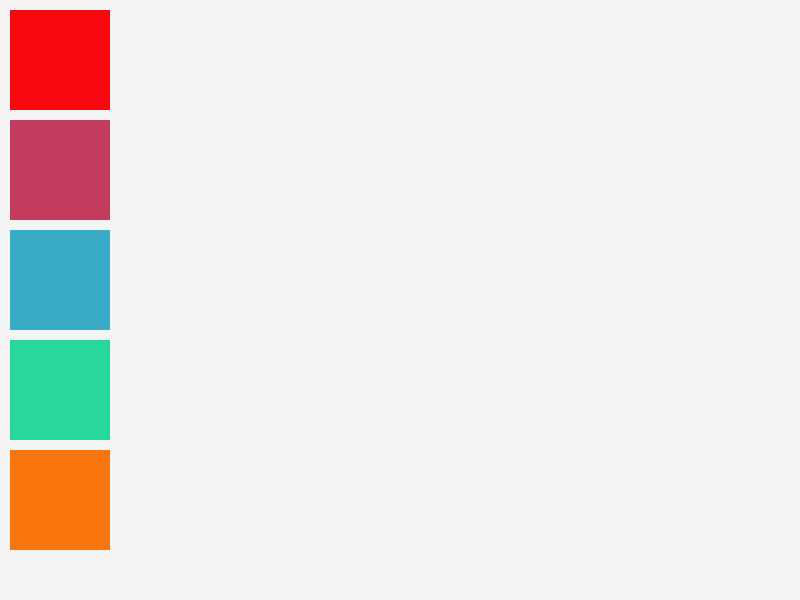
Repository: fredoluzjr/Java-Udemy
Program's window: java Workspace/exercicios-javafx/src/layout/AppLayout.java
The author's editor kept a copy of each file at every save. The program's window is drawn from the files as they stood at one save, then again after the next save.
It runs on Java 21 on a 1366 x 768 screen with JavaFX 11; the title bar is not drawn.

Above is the program's window before, as saved 2021-07-08 23:22:08.

### Workspace/exercicios-javafx/src/layout/AppLayout.java
package layout;

import javafx.application.Application;
import javafx.scene.Parent;
import javafx.scene.Scene;
import javafx.stage.Stage;

public class AppLayout extends Application{

	@Override
	public void start(Stage primaryStage) throws Exception {
		Parent raiz = null;

		raiz = new TesteAnchorPane();
		raiz = new TesteBorderPane();
		raiz = new TesteFlowPane();

		//Scene principal = new Scene(new TesteAnchorPane(), 800, 600);
		Scene principal = new Scene(raiz, 800, 600);

		primaryStage.setScene(principal);
		primaryStage.setTitle("Gerenciadores de Layout");
		primaryStage.show();
	}

	public static void main(String[] args) {
		launch(args);
	}
}

### Workspace/exercicios-javafx/src/layout/TesteFlowPane.java
package layout;

import javafx.geometry.Insets;
import javafx.geometry.Orientation;
import javafx.scene.layout.FlowPane;

public class TesteFlowPane extends FlowPane{

	public TesteFlowPane() {
		Quadrado q1 = new Quadrado();
		Quadrado q2 = new Quadrado();
		Quadrado q3 = new Quadrado();
		Quadrado q4 = new Quadrado();
		Quadrado q5 = new Quadrado();

		setHgap(10);
		setVgap(10);
		setPadding(new Insets(10));

		setOrientation(Orientation.VERTICAL);

		getChildren().addAll(q1, q2, q3, q4, q5);
	}
}

### Workspace/exercicios-javafx/src/layout/TesteAnchorPane.java
package layout;

import javafx.geometry.Pos;
import javafx.scene.layout.AnchorPane;
import javafx.scene.layout.HBox;

public class TesteAnchorPane extends AnchorPane{

	public TesteAnchorPane() {

		Quadrado q1 = new Quadrado();
		setTopAnchor(q1, 10.0);
		setLeftAnchor(q1, 10.0);

		Quadrado q2 = new Quadrado();
		setTopAnchor(q2, 10.0);
		setRightAnchor(q2, 10.0);

		Quadrado q3 = new Quadrado();
		setBottomAnchor(q3, 10.0);
		setLeftAnchor(q3, 10.0);

		Quadrado q4 = new Quadrado();
		setBottomAnchor(q4, 10.0);
		setRightAnchor(q4, 10.0);

		HBox centro = new HBox();
		centro.setAlignment(Pos.CENTER);
		setTopAnchor(centro, 110.0);
		setBottomAnchor(centro, 110.0);
		setLeftAnchor(centro, 110.0);
		setRightAnchor(centro, 110.0);

		Quadrado q5 = new Quadrado();
		centro.getChildren().add(q5);

		getChildren().addAll(q1, q2, q3, q4, centro);
	}
}

### Workspace/exercicios-javafx/src/layout/Quadrado.java
package layout;

import javafx.scene.paint.Color;
import javafx.scene.shape.Rectangle;

public class Quadrado extends Rectangle {

private static int i = 0;

	public String[] cores = {
		"#c33c5e", "#39aac6", "#28d79d",
		"#fb750e", "#6657a8", "#f9060e"
	};

	public Quadrado() {
		this(100, 100);
	}

	public Quadrado(int largura, int altura) {

		setWidth(largura);
		setHeight(altura);

		setFill(Color.web(cores[i]));

		i++;
		if(i == 6) i = 0;
	}
	}

### Workspace/exercicios-javafx/src/layout/TesteBorderPane.java
package layout;

import javafx.scene.layout.BorderPane;

public class TesteBorderPane extends BorderPane{

	public TesteBorderPane() {

		Caixa c1 = new Caixa().comTexto("Topo");
		setTop(c1);

		Caixa c2 = new Caixa().comTexto("Esquerda");
		setLeft(c2);

		Caixa c3 = new Caixa().comTexto("Direita");
		setRight(c3);

		Caixa c4 = new Caixa().comTexto("Fundo");
		setBottom(c4);

		Caixa c5 = new Caixa().comTexto("Área Central");
		setCenter(c5);
	}
}

### Workspace/exercicios-javafx/src/layout/Caixa.java
package layout;

import javafx.geometry.Insets;
import javafx.geometry.Pos;
import javafx.scene.control.Label;
import javafx.scene.layout.Background;
import javafx.scene.layout.BackgroundFill;
import javafx.scene.layout.CornerRadii;
import javafx.scene.layout.HBox;
import javafx.scene.paint.Color;
import javafx.scene.text.Font;

public class Caixa extends HBox {

	private static int i = 0;

	public String[] cores = {
		"#c33c5e", "#39aac6", "#28d79d",
		"#fb750e", "#6657a8", "#f9060e"
	};

	public Caixa() {
		this(100, 100);
	}

	public Caixa(int largura, int altura) {
		setAlignment(Pos.CENTER);

		setMinWidth(largura);
		setMinHeight(altura);

		BackgroundFill fill = new BackgroundFill(Color.web(cores[i]), CornerRadii.EMPTY, Insets.EMPTY);
		setBackground(new Background(fill));

		i++;
		if(i == 6) i = 0;
	}

	public Caixa comTexto(String texto) {
		Label label = new Label(texto);
		label.setFont(new Font(24));
		getChildren().add(label);
		return this;
	}
}

After the next save:
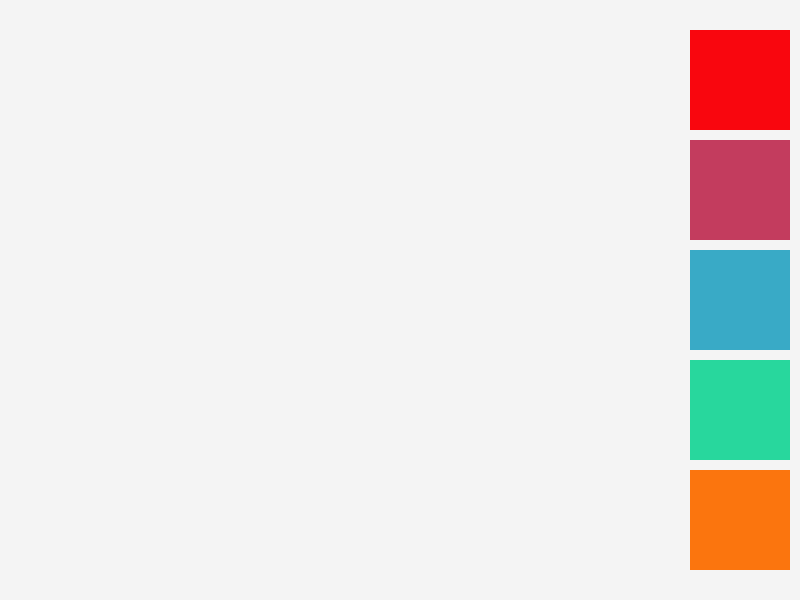
Saved 27 s later.
--- a/Workspace/exercicios-javafx/src/layout/TesteFlowPane.java
+++ b/Workspace/exercicios-javafx/src/layout/TesteFlowPane.java
@@ -2,6 +2,7 @@
 
 import javafx.geometry.Insets;
 import javafx.geometry.Orientation;
+import javafx.geometry.Pos;
 import javafx.scene.layout.FlowPane;
 
 public class TesteFlowPane extends FlowPane{
@@ -18,6 +19,7 @@
 		setPadding(new Insets(10));
 
 		setOrientation(Orientation.VERTICAL);
+		setAlignment(Pos.CENTER_RIGHT);
 
 		getChildren().addAll(q1, q2, q3, q4, q5);
 	}
